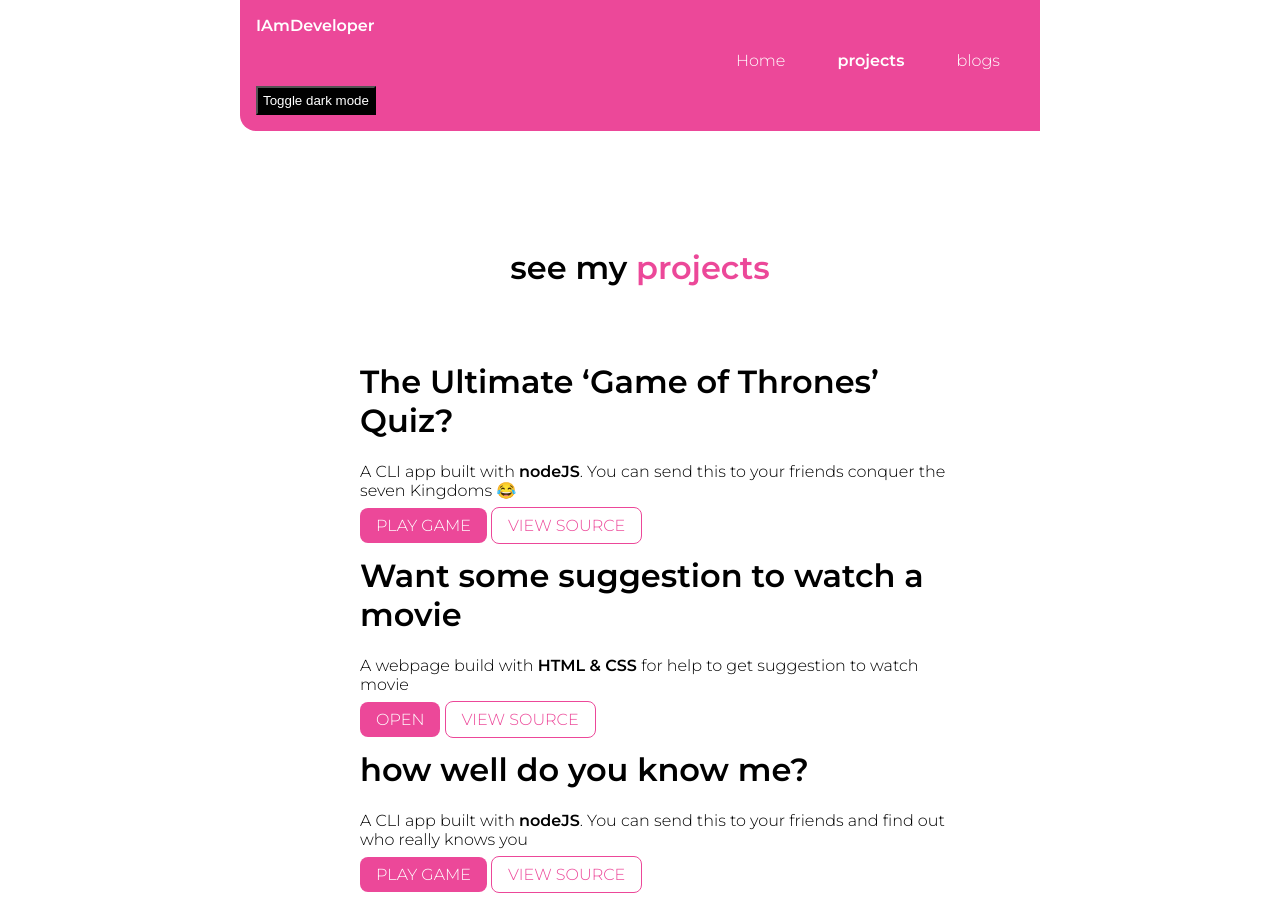
Repository: sohan2503001/Portfolio
Page: projects.html
These files come from the project's save history. The page is drawn as it stood at one moment and after a run of saves; the edit follows.
The browser window is 1280 px wide. The pictures show the whole page.

Above is the page before, as saved 2021-04-12 13:35:24.

After the next 2 saves:
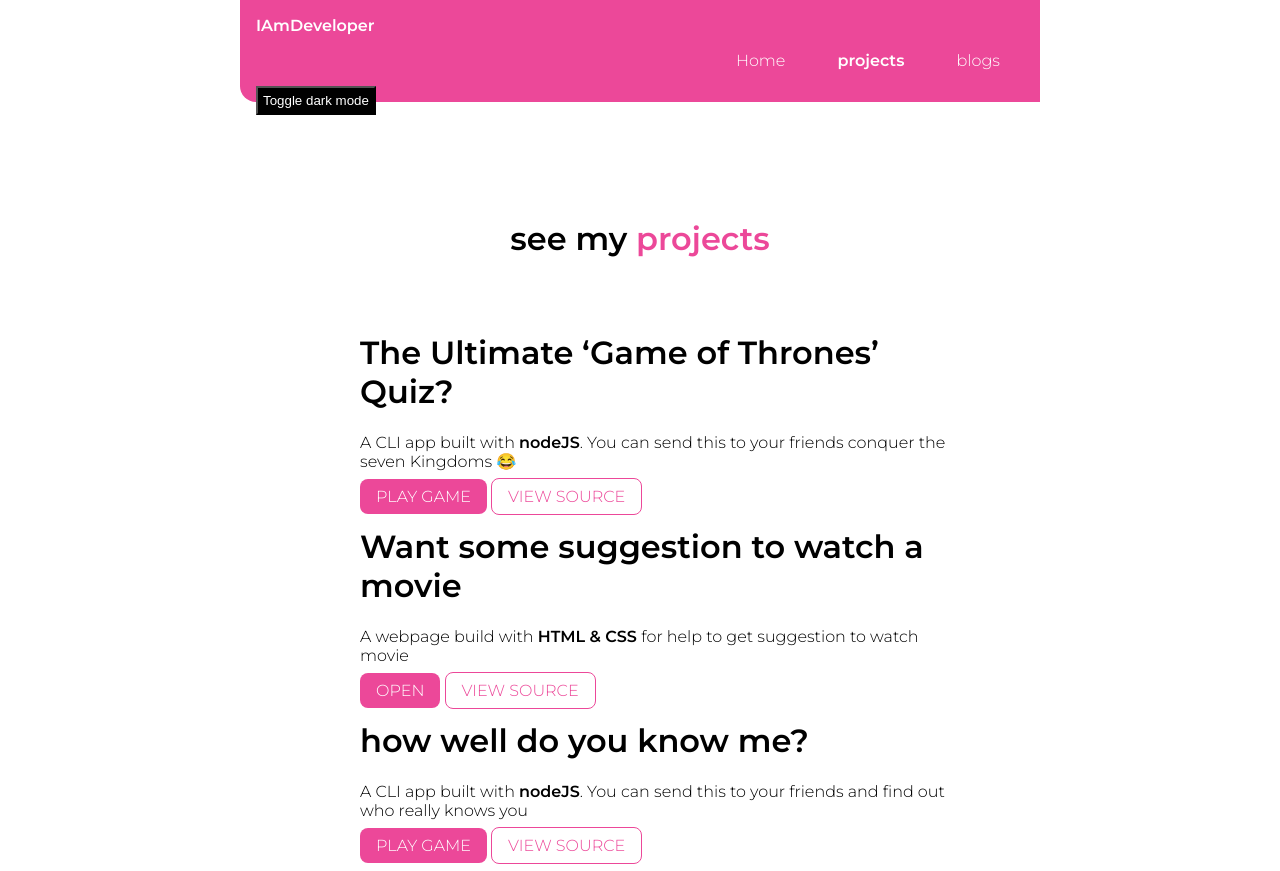
The 2 saves are shown as one change because they came seconds apart.
The last was saved 44 s later.
--- a/style.css
+++ b/style.css
@@ -152,5 +152,5 @@ hr{
     padding: 5px;
     background-color: black;
     color: white;
-    align-content: center;
+    position: absolute;
 }
